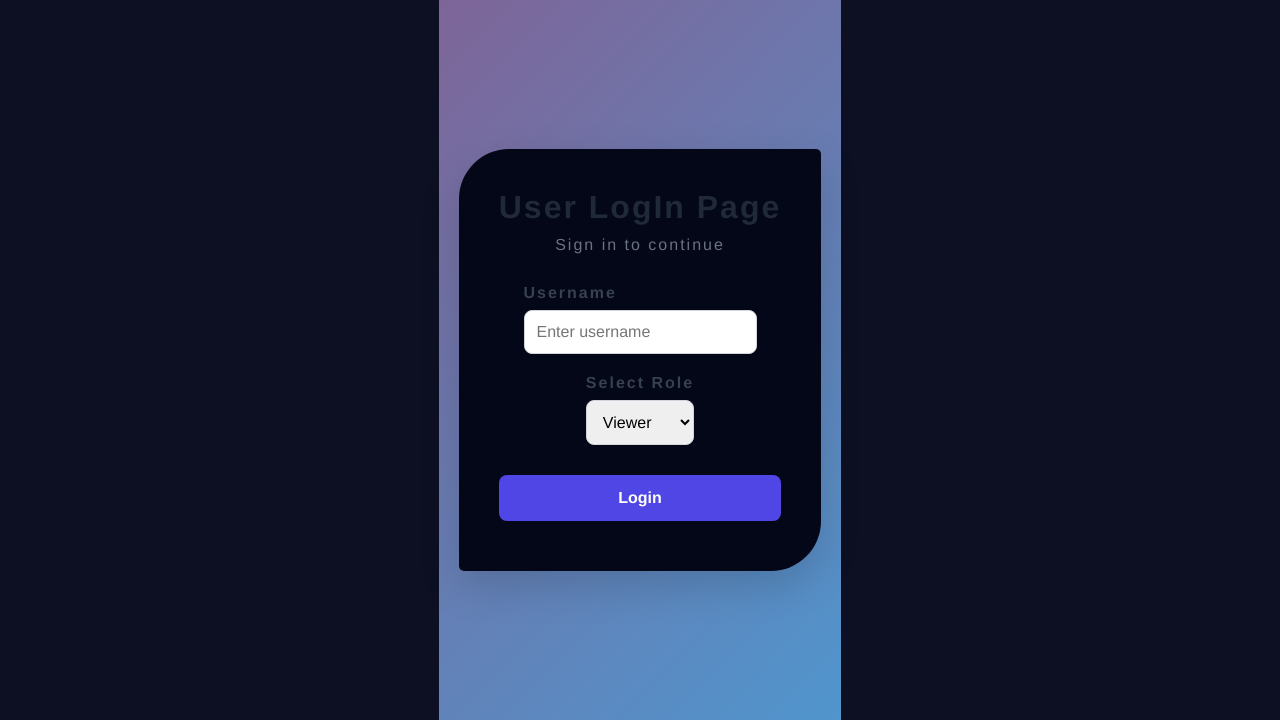
Repository: SolomonChinonso/myUserDashboard
Page: / (app in my-user-dashboard-app/)
An editor plug-in stored every save of this project. The page is shown before and after the next save, followed by the edit.
The browser window is 1280 px wide. The pictures show the whole page.
The project was rebuilt for these pictures with package versions that can differ from the ones it lists, and the page was loaded fresh each time. Also part of the build but not shown: my-user-dashboard-app/vite.config.ts, my-user-dashboard-app/src/App.css, my-user-dashboard-app/src/pages/Dashboard.tsx, my-user-dashboard-app/src/pages/Profile.tsx, my-user-dashboard-app/src/pages/Settings.tsx, my-user-dashboard-app/src/components/Navbar.tsx, my-user-dashboard-app/src/components/ProtectedRoute.tsx.

Above is the page before, as saved 2026-05-30 14:51:25.

After the next save:
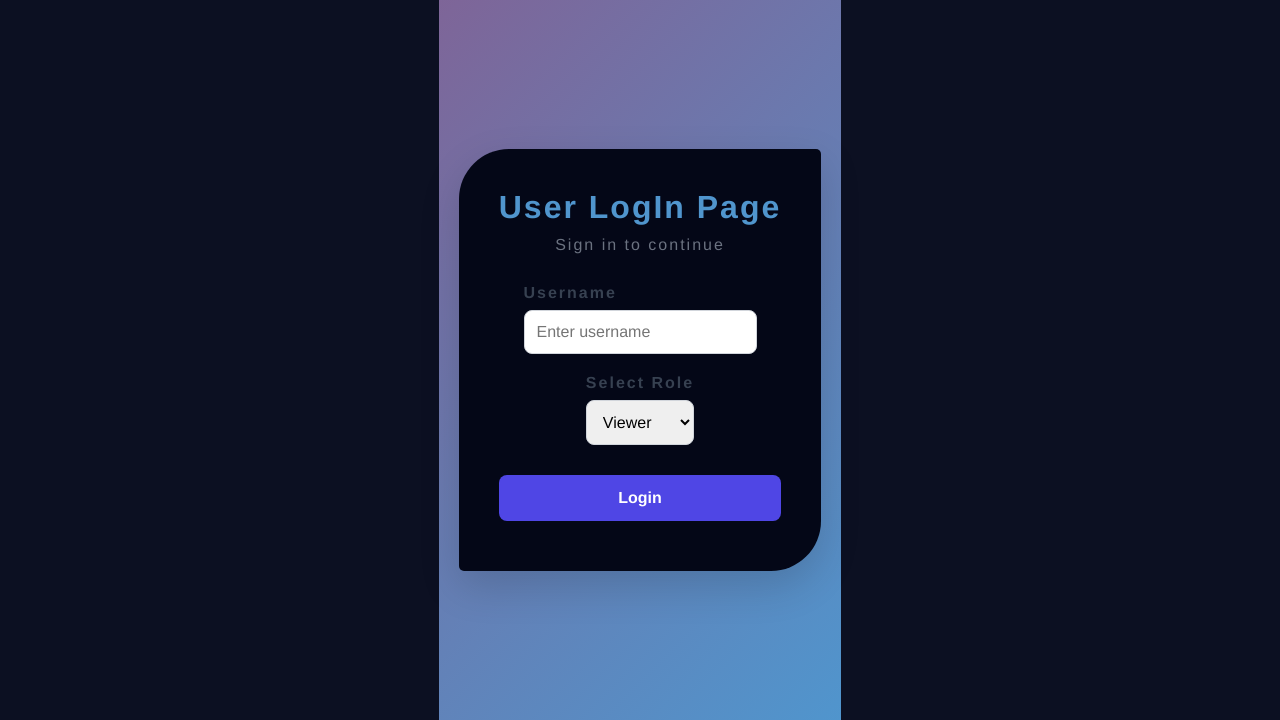
Saved 17 s later.
--- a/my-user-dashboard-app/src/pages/Login.css
+++ b/my-user-dashboard-app/src/pages/Login.css
@@ -35,7 +35,7 @@
 /* Heading */
 .login-card h1 {
   margin-bottom: 10px;
-  color: #1f2937;
+  color: #5095cd;
 }
 
 .subtitle {
